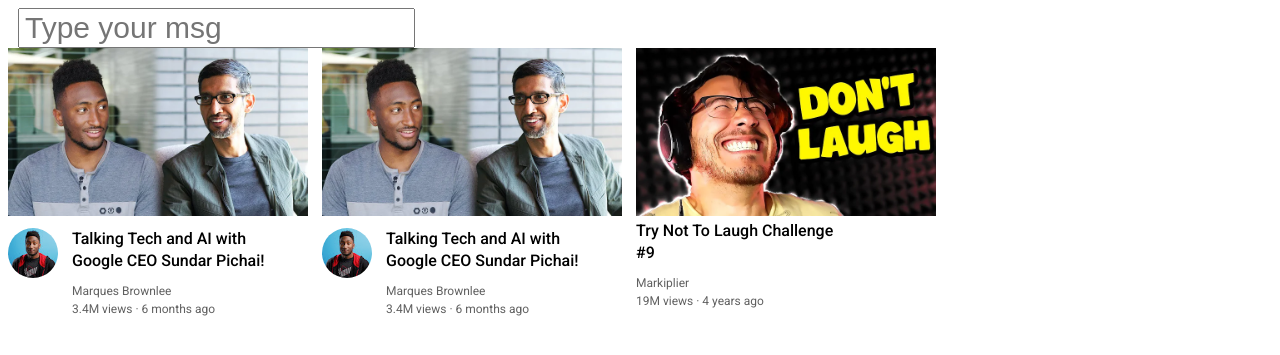
Repository: RagulRanjeeth/Frontend
Page: CloneYoutube/index.html
These files come from the project's save history. The page is drawn as it stood at one moment and after the next save; the edit follows.
The browser window is 1280 px wide. The pictures show the whole page.

Above is the page before, as saved 2026-01-23 15:25:54.

After the next save:
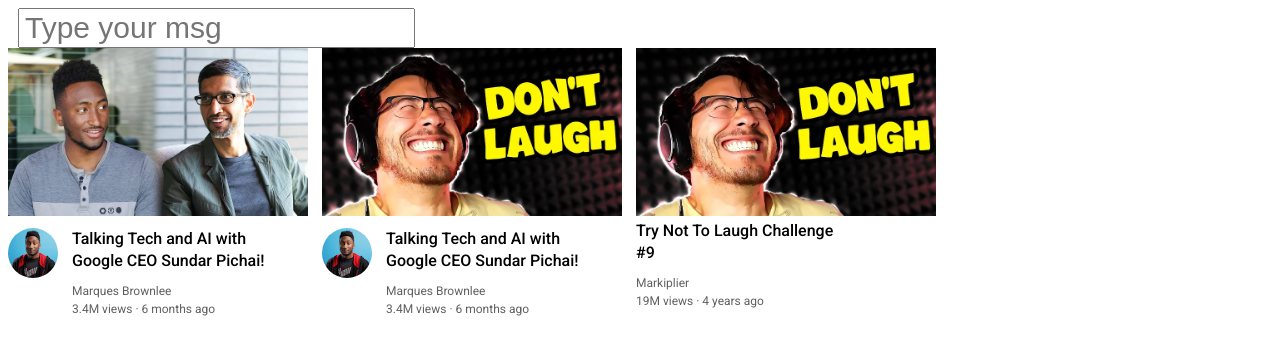
Saved 18 s later.
--- a/CloneYoutube/index.html
+++ b/CloneYoutube/index.html
@@ -38,9 +38,9 @@
 
         </div>
 
-        <div class="Container">
+           <div class="Container">
             <div class="ThumbnailsContainer">
-                <img class="Thumbnails" src="Thumbnails/thumbnail-1.webp">
+                <img class="Thumbnails" src="Thumbnails/thumbnail-2.webp">
             </div>
             <div class="DescriptionContainer">
                 <div class="ProfileImgContainer">
@@ -68,6 +68,8 @@
 
 
 
+
+
         <div class="Container">
             <img class="Thumbnails" src="Thumbnails/thumbnail-2.webp">
 
